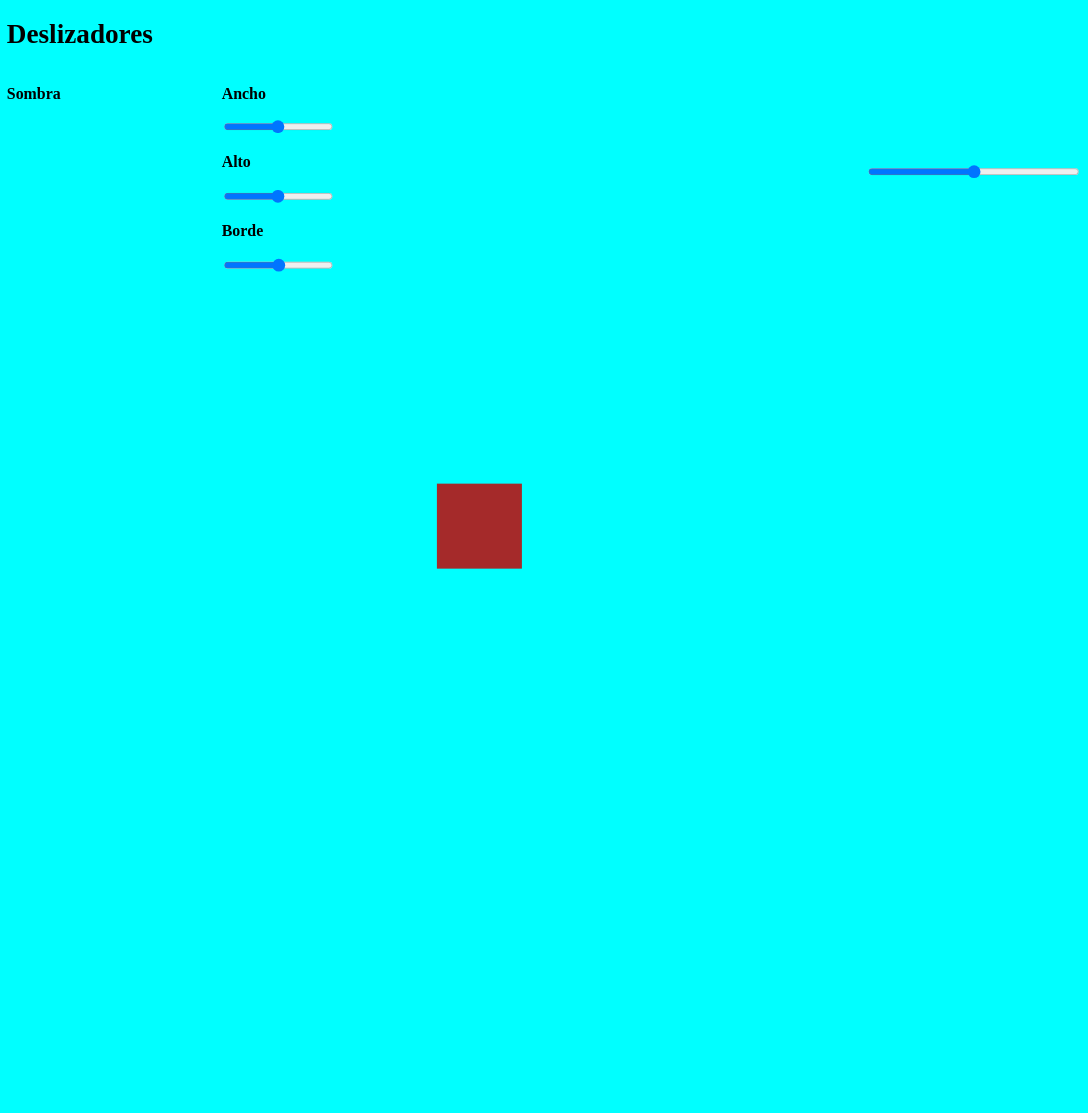
Repository: Kevin8548/Ejercicios-DOM
Page: Deslizador.html
These files come from the project's save history. The page is drawn as it stood at one moment and after the next save; the edit follows.
The browser window is 1280 px wide. The pictures show the whole page, at 85% of full size.

Above is the page before, as saved 2024-10-02 14:00:53.

After the next save:
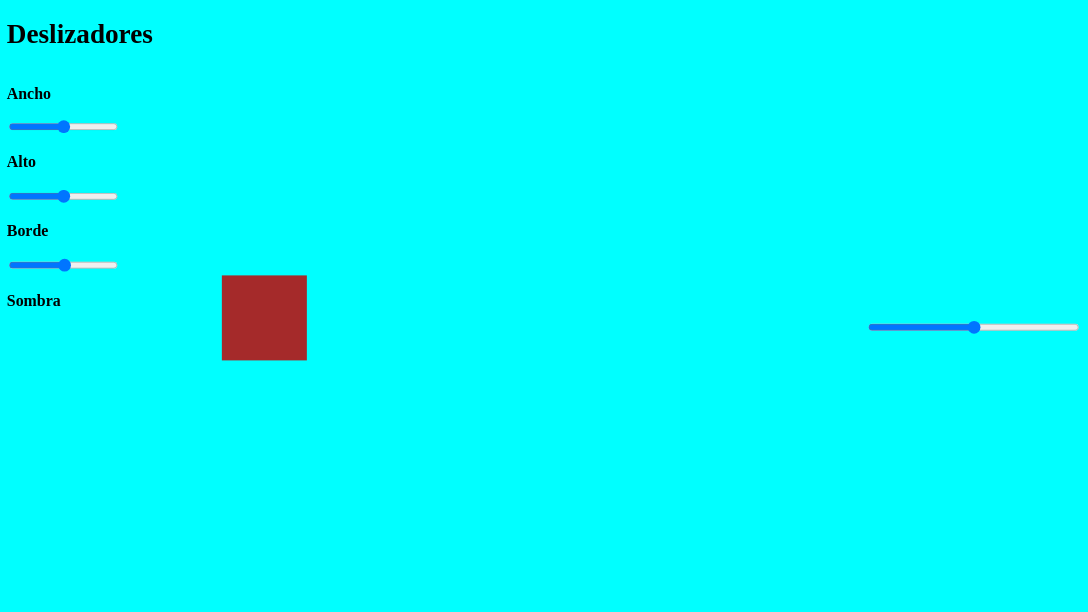
Saved 56 s later.
--- a/deslizadores.css
+++ b/deslizadores.css
@@ -6,8 +6,8 @@
     grid-row-gap: 0px;
     }
 
-    .div1 { grid-area: 1 / 2 / 2 / 5; }
-    .div2 { grid-area: 3 / 3 / 4 / 4; }
+    .div1 { grid-area: 1 / 1 / 3 / 6; }
+    .div2 { grid-area: 3 / 2 / 5 / 5; }
 
     body{
         background-color: aqua;
